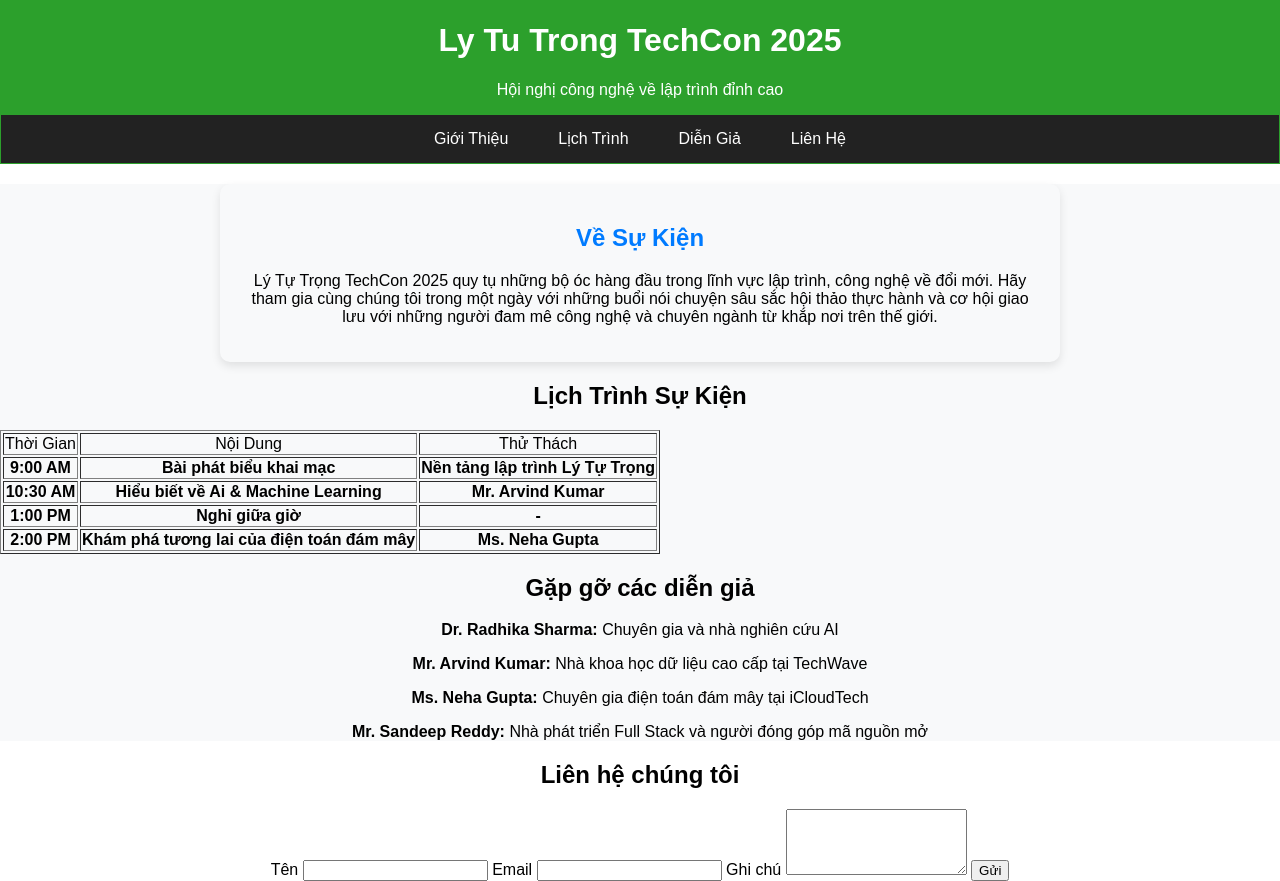
Repository: NhatMinh121/BaiTapVeNha1
Page: index.html
An editor plug-in stored every save of this project. The page is shown before and after the next save, followed by the edit.
The browser window is 1280 px wide. The pictures show the whole page.

Above is the page before, as saved 2025-03-28 23:01:03.

After the next save:
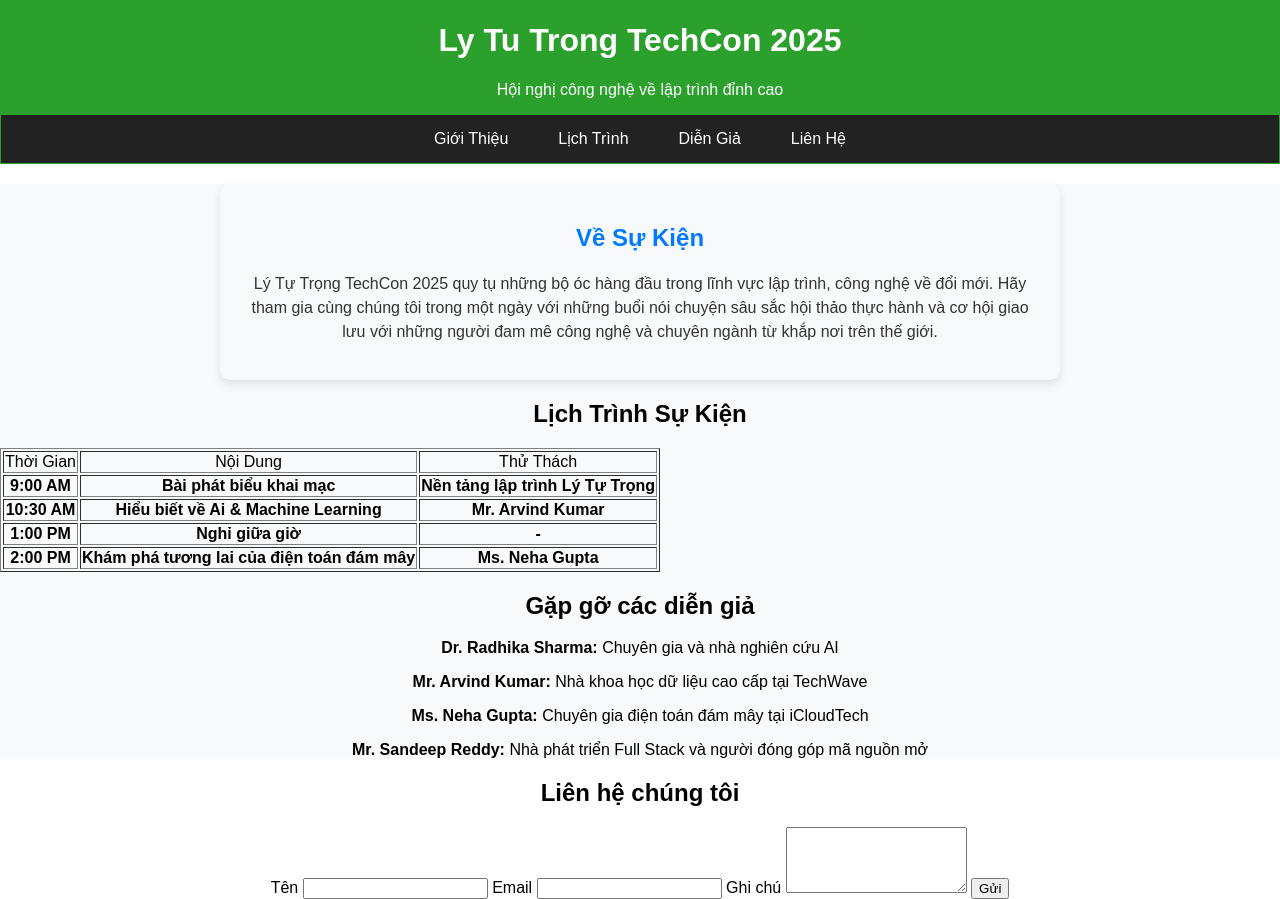
Saved 14 s later.
--- a/style.css
+++ b/style.css
@@ -58,3 +58,9 @@
     font-size: 24px;
     font-weight: bold;
 }
+
+.main-event p {
+    font-size: 16px;
+    line-height: 1.5;
+    color: #333;
+}
